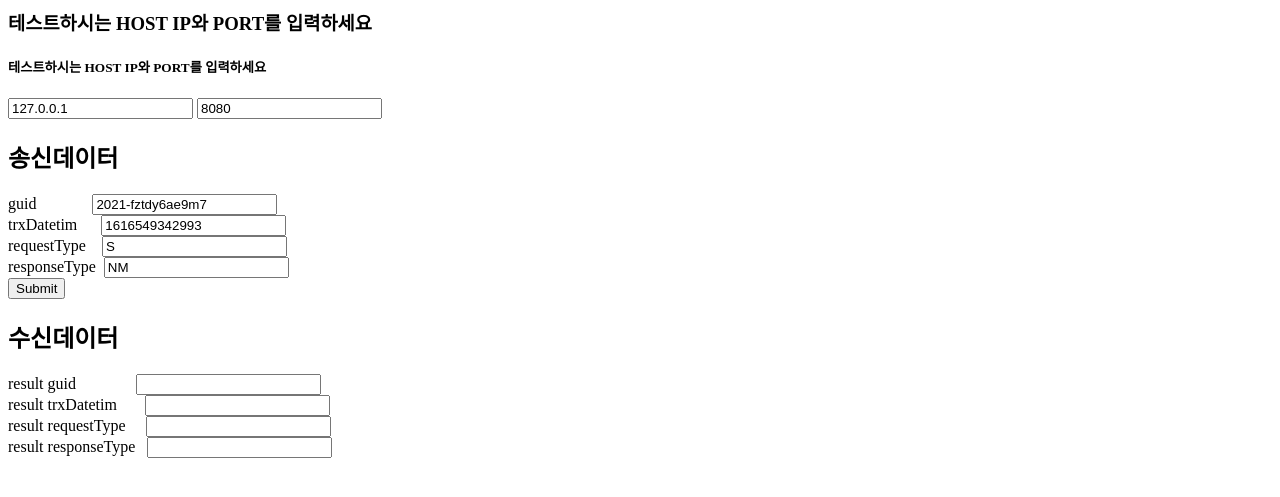
Repository: kchan75/kakaobank
Page: inserver/src/main/resources/static/index.html
An editor plug-in stored every save of this project. The page is shown before and after the next save, followed by the edit.
The browser window is 1280 px wide. The pictures show the whole page.

Above is the page before, as saved 2021-03-24 10:32:39.

### inserver/src/main/resources/static/index.html
<html>
<head>
<title>test</title>
<script language="javascript">
	function setData(){
		  var time= new Date(); //시간받기위해서 new date
		  document.getElementById("trxDatetim").value=time.getTime();
		  document.getElementById("guid").value=time.getFullYear() + "-"+  Math.random().toString(36).substr(2,11);
		}
</script>
</head>

<body >
	<h3>테스트하시는 HOST IP와 PORT를 입력하세요</h3>
	<h5>테스트하시는 HOST IP와 PORT를 입력하세요</h5>
	<input type="text" id="sendHost" value="127.0.0.1" />
	<input type="text" id="sendPost" value="8080" />
	<h2>송신데이터</h2>
	<div id="sendCommon"></div>
	<div id="sendbiz"></div>


	<form id="formElem">
		<label> guid&nbsp; &nbsp; &nbsp; &nbsp; &nbsp;&nbsp; &nbsp;&nbsp; </label><input type="text" name="guid" id="guid" value="2021-fztdy6ae9m7">
		<br/>
		<label> trxDatetim &nbsp; &nbsp;&nbsp; </label> <input type="text" name="trxDatetim" id="trxDatetim" value="1616549342993">
		<br/>
		<label> requestType&nbsp; &nbsp; </label> <input type="text" name="requestType" value="S">
		<br/>
		<label> responseType&nbsp;  </label> <input type="text" name="responseType" value="NM">
		<br/>
		<input type="submit" onclick="setData()">
	</form>

	<h2>수신데이터</h2>
	<div id="resCommon"></div>
	<div id="resBiz"></div>
	<div id="resBizout"></div>
	<form id="formElem2">
		<label> result guid&nbsp;&nbsp;&nbsp;&nbsp;&nbsp;&nbsp; &nbsp; &nbsp; &nbsp;&nbsp;&nbsp;&nbsp;</label><input type="text" name="rGuid" id="rGuid" value="">
		<br/>
		<label> result trxDatetim &nbsp;&nbsp;&nbsp;&nbsp;&nbsp;</label> <input type="text" name="rTrxDatetim" id="rTrxDatetim" value="">
		<br/>
		<label> result requestType &nbsp; &nbsp; </label> <input type="text" name="rRequestType" id="rRequestType" >
		<br/>
		<label> result responseType &nbsp;  </label> <input type="text" name="rResponseType" id="rResponseType">
		<br/>
	</form>

</body>

<script>
    formElem.onsubmit = async (e) => {
      e.preventDefault();
      var form = document.querySelector("#formElem");
     // var form = document.forms[0];


        data = {
          "common":
          {
        	  guid : form.querySelector('input[name="guid"]').value,
        	  trxDatetim : form.querySelector('input[name="trxDatetim"]').value,
        	  requestType : form.querySelector('input[name="requestType"]').value,
        	  responseType : form.querySelector('input[name="responseType"]').value
          },
	      "biz":
	      {
	      	  service : "testService",
	      	  inputData : "INDATA",
	      	  outputData : "OUTDATA"
	      }
        }
		document.querySelector("#sendCommon").innerText=JSON.stringify(data.common)
		document.querySelector("#sendBiz").innerText=JSON.stringify(data.biz)

		URL = document.querySelector("#sendHost").value
		URL = 'http://' + URL + ":8080/kchan"

        let response = fetch(URL, {
                method: 'POST', // or 'PUT'
                headers: {
                    'Content-Type': 'application/json',
                    'Access-Control-Allow-Origin':'*'
                },
                body: JSON.stringify(data),
        }).then(response => response.json())
          .then(data => {
        	  //document.querySelector("#div").innerHTML = data;
        	  //console.log(data.common.guid);
        	  //console.log(data.common.trxDatetim);
        	  //console.log(data.common.requestType);
        	  //console.log(data.common.responseType);
        	  document.getElementById("rGuid").value=data.common.guid
        	  document.getElementById("rTrxDatetim").value=data.common.trxDatetim
        	  document.getElementById("rRequestType").value=data.common.requestType
        	  document.getElementById("rResponseType").value=data.common.responseType
        	  document.querySelector("#resCommon").innerText=JSON.stringify(data.common)
        	  //document.querySelector("#resBiz").innerText=JSON.stringify(data.biz)
        	  document.querySelector("#resBizout").innerText=JSON.stringify(data.bizout)

          })

    };
</script>
</html>

After the next save:
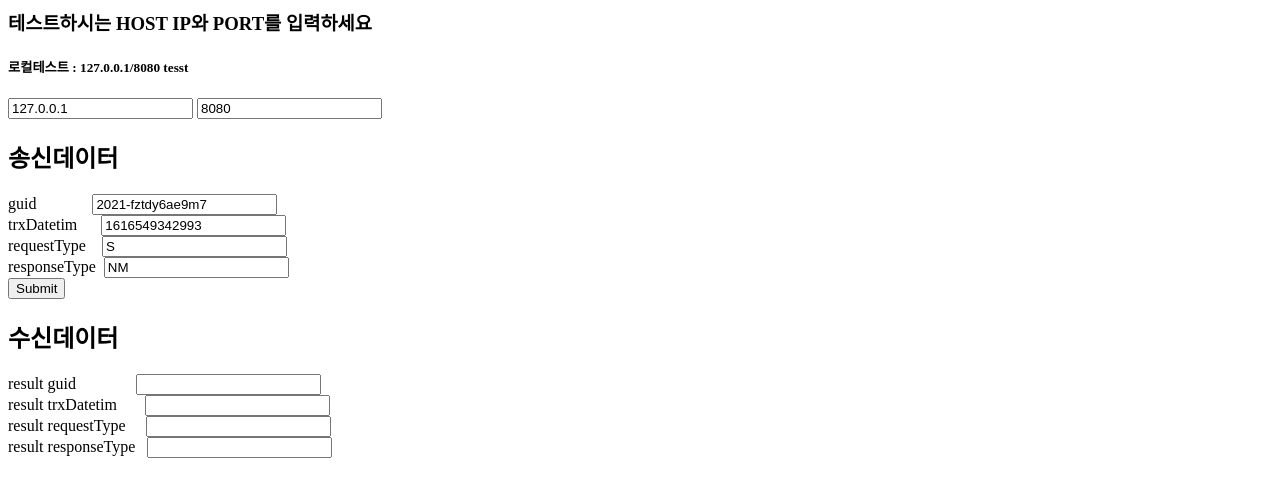
Saved 26 s later.
--- a/inserver/src/main/resources/static/index.html
+++ b/inserver/src/main/resources/static/index.html
@@ -12,7 +12,8 @@
 
 <body >
 	<h3>테스트하시는 HOST IP와 PORT를 입력하세요</h3>
-	<h5>테스트하시는 HOST IP와 PORT를 입력하세요</h5>
+	<h5>로컬테스트 : 127.0.0.1/8080
+	    tesst</h5>
 	<input type="text" id="sendHost" value="127.0.0.1" />
 	<input type="text" id="sendPost" value="8080" />
 	<h2>송신데이터</h2>
